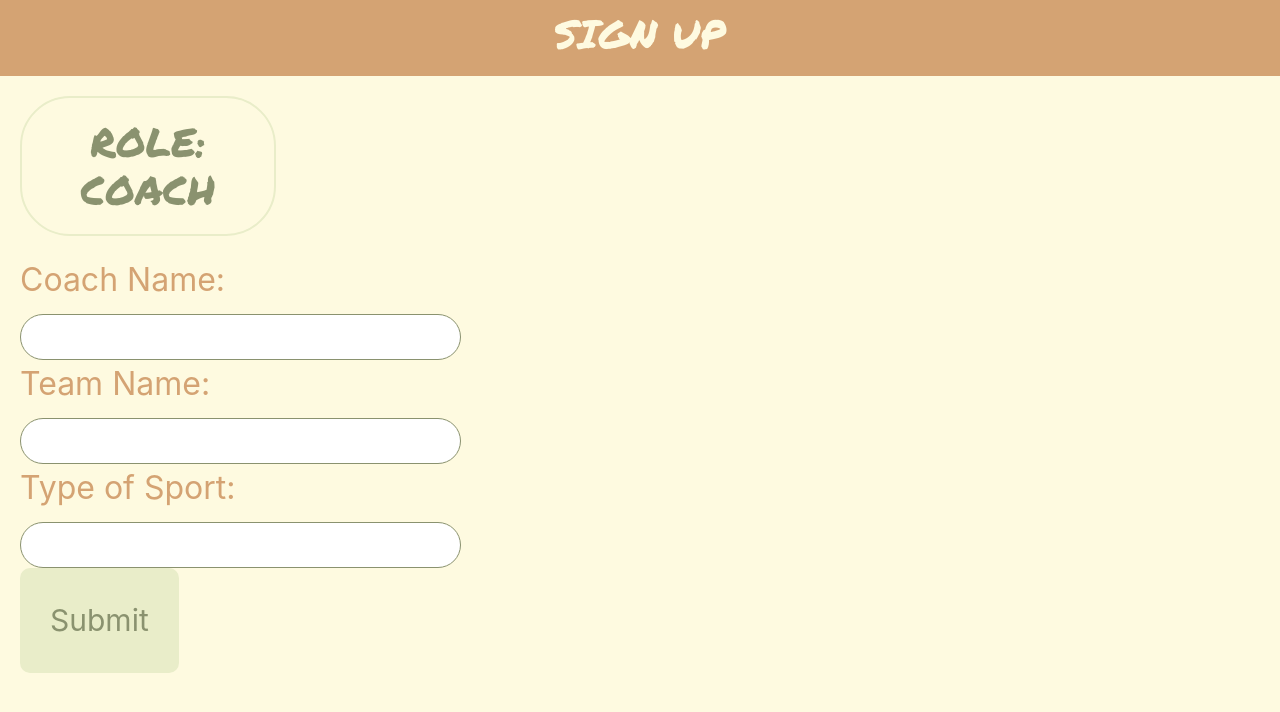
Repository: Aryaholmukhe/treasureHacks
Page: http://localhost/coach
The author's editor kept a copy of each file at every save. The page is drawn from the files as they stood at one save, then again after the next save.
The browser window is 1280 px wide. The pictures show the whole page.
The page is served by the project's Node server (server.js). Queries for data that is not in the repository find no rows.

Above is the page before, as saved 2022-03-26 19:56:12.

After the next save:
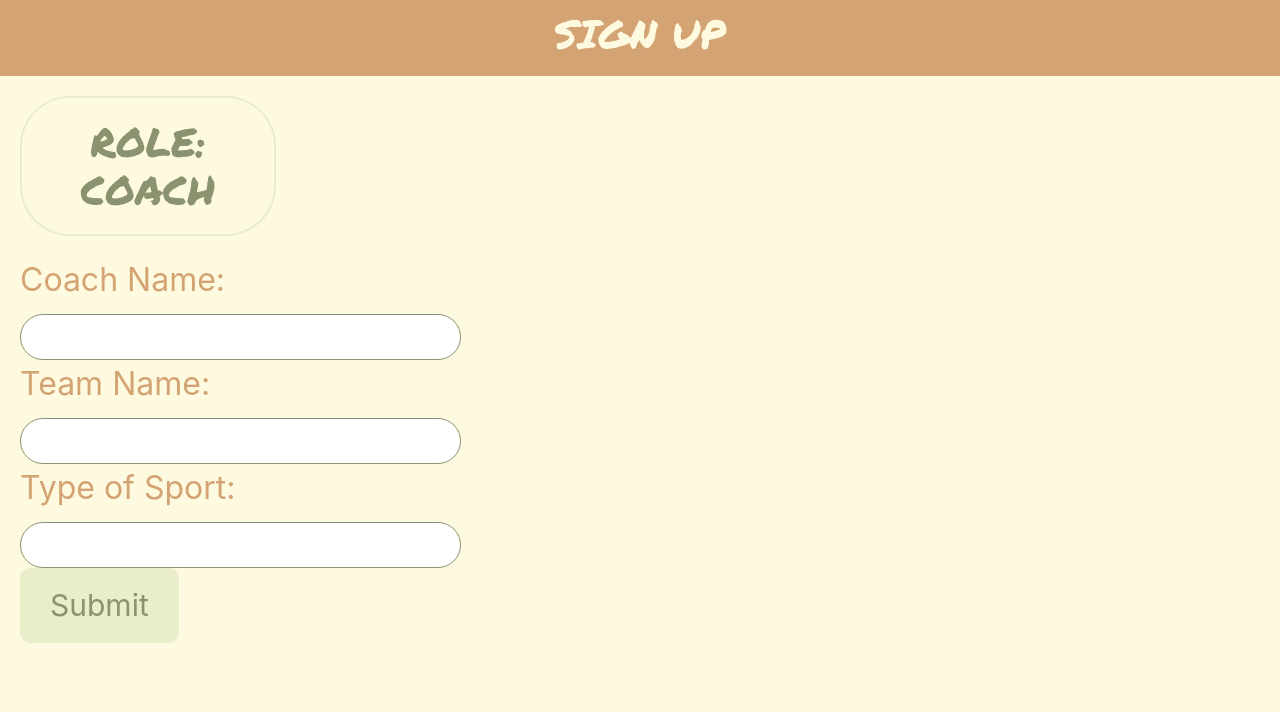
Saved 8 s later.
--- a/views/signup/coach.ejs
+++ b/views/signup/coach.ejs
@@ -38,7 +38,7 @@
 <br>
 
 
-            <button type="submit" class="add" style="border: none; background-color: #E9EDC9; font-size: 30px; padding: 30px 30px; color: #8A926F; border-radius: 10px">Submit</button>
+            <button type="submit" class="add" style="border: none; background-color: #E9EDC9; font-size: 30px; padding: 15px 30px; color: #8A926F; border-radius: 10px">Submit</button>
         </div>
     </form>
     </div>
